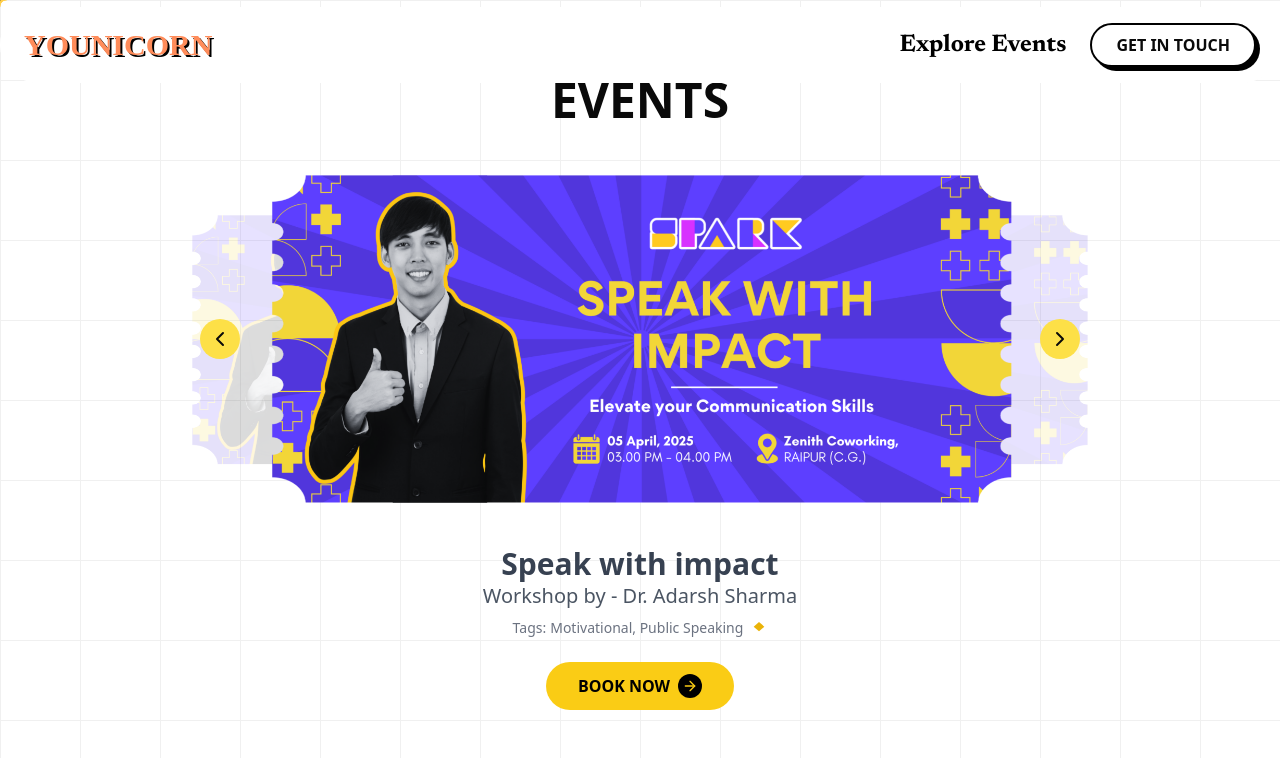
Repository: as-avni/dreamersite
Page: /events
The author's editor kept a copy of each file at every save. The page is drawn from the files as they stood at one save, then again after a run of saves.
The browser window is 1280 px wide. The pictures show the whole page.
Some web fonts or font styles are not loaded; a fallback is used. The project was rebuilt for these pictures with package versions that can differ from the ones it lists, and the page was loaded fresh each time. The framework's server and built-in components were replaced by stand-ins that run in the browser. Also part of the build but not shown: next.config.ts.

Above is the page before, as saved 2025-03-27 17:33:24.

### src/app/layout.tsx

import type { Metadata } from "next";
import { Geist, Geist_Mono } from "next/font/google";
import "./globals.css";
import Header from "@/components/navbar";

const geistSans = Geist({
  variable: "--font-geist-sans",
  subsets: ["latin"],
});

const geistMono = Geist_Mono({
  variable: "--font-geist-mono",
  subsets: ["latin"],
});

export const metadata: Metadata = {
  title: "Younicorn",
  description: "A community of entrepreneurs, aspiring entrepreneurs, leaders and professionals from any industry who come together to gain and give massive exposure to the leaders of tomorrow.",
};

export default function RootLayout({
  children,
}: Readonly<{
  children: React.ReactNode;
}>) {
  return (
    <html lang="en">
      <body className={`${geistSans.variable} ${geistMono.variable}`}>
        <Header />
        {children}
      </body>
    </html>
  );
}

### src/app/events/page.tsx
import CustomCursor from "@/hooks/CustomCursor"
import EventsPage from "./events-page"

export default function Home() {
    return (
        <main className="min-h-screen bg-white font-sans antialiased">
        <CustomCursor />
        <EventsPage />
        </main>
    )
}

### src/app/globals.css
@import url('https://fonts.googleapis.com/css2?family=Anek+Devanagari:wght@100..800&family=Khand:wght@300;400;500;600;700&family=Newsreader:ital,opsz,wght@0,6..72,200..800;1,6..72,200..800&family=Noto+Sans:ital,wght@0,100..900;1,100..900&family=Poppins:ital,wght@0,100;0,200;0,300;0,400;0,500;0,600;0,700;0,800;0,900;1,100;1,200;1,300;1,400;1,500;1,600;1,700;1,800;1,900&family=Rampart+One&display=swap');
@import url('https://fonts.googleapis.com/css2?family=Anek+Devanagari:wght@100..800&family=Archivo+Narrow:ital,wght@0,400..700;1,400..700&family=Khand:wght@300;400;500;600;700&family=Newsreader:ital,opsz,wght@0,6..72,200..800;1,6..72,200..800&family=Noto+Sans:ital,wght@0,100..900;1,100..900&family=Poppins:ital,wght@0,100;0,200;0,300;0,400;0,500;0,600;0,700;0,800;0,900;1,100;1,200;1,300;1,400;1,500;1,600;1,700;1,800;1,900&family=Rampart+One&display=swap');
@import url('https://fonts.googleapis.com/css2?family=Archivo+Narrow:ital,wght@0,400..700;1,400..700&display=swap');

@import url('https://fonts.googleapis.com/css2?family=DM+Serif+Display:ital@0;1&display=swap');


@tailwind base;
@tailwind components;
@tailwind utilities;

html,
body {
  max-width: 100vw;
  overflow-x: hidden;
}

* {
  cursor: none;
}
input, textarea, button, select, a {
  cursor: auto;
}

.blinking-cursor {
  display: inline-block;
  width: 10px;
  height: 5rem; /* Adjust height to match text size */
  vertical-align: middle; /* Align with text */
  animation: blink 0.8s steps(2, start) infinite;
  font-family: 'Courier New', monospace;
}

@keyframes blink {
  50% {
    opacity: 0;
  }
}

body {
  -webkit-font-smoothing: antialiased;
  -moz-osx-font-smoothing: grayscale;

}



* {
  box-sizing: border-box;
  padding: 0;
  margin: 0;
}

a {
  color: inherit;
  text-decoration: none;
}

@media (prefers-color-scheme: dark) {
  html {
    color-scheme: dark;
  }
}

@layer base {
  :root {
    --background: 0 0% 100%;
    --foreground: 0 0% 3.9%;
    --card: 0 0% 100%;
    --card-foreground: 0 0% 3.9%;
    --popover: 0 0% 100%;
    --popover-foreground: 0 0% 3.9%;
    --primary: 0 0% 9%;
    --primary-foreground: 0 0% 98%;
    --secondary: 0 0% 96.1%;
    --secondary-foreground: 0 0% 9%;
    --muted: 0 0% 96.1%;
    --muted-foreground: 0 0% 45.1%;
    --accent: 0 0% 96.1%;
    --accent-foreground: 0 0% 9%;
    --destructive: 0 84.2% 60.2%;
    --destructive-foreground: 0 0% 98%;
    --border: 0 0% 89.8%;
    --input: 0 0% 89.8%;
    --ring: 0 0% 3.9%;
    --chart-1: 12 76% 61%;
    --chart-2: 173 58% 39%;
    --chart-3: 197 37% 24%;
    --chart-4: 43 74% 66%;
    --chart-5: 27 87% 67%;
    --radius: 0.5rem;
  }
  .dark {
    --background: 0 0% 3.9%;
    --foreground: 0 0% 98%;
    --card: 0 0% 3.9%;
    --card-foreground: 0 0% 98%;
    --popover: 0 0% 3.9%;
    --popover-foreground: 0 0% 98%;
    --primary: 0 0% 98%;
    --primary-foreground: 0 0% 9%;
    --secondary: 0 0% 14.9%;
    --secondary-foreground: 0 0% 98%;
    --muted: 0 0% 14.9%;
    --muted-foreground: 0 0% 63.9%;
    --accent: 0 0% 14.9%;
    --accent-foreground: 0 0% 98%;
    --destructive: 0 62.8% 30.6%;
    --destructive-foreground: 0 0% 98%;
    --border: 0 0% 14.9%;
    --input: 0 0% 14.9%;
    --ring: 0 0% 83.1%;
    --chart-1: 220 70% 50%;
    --chart-2: 160 60% 45%;
    --chart-3: 30 80% 55%;
    --chart-4: 280 65% 60%;
    --chart-5: 340 75% 55%;
  }
}

@layer base {
  * {
    @apply border-border;
  }
  body {
    @apply bg-background text-foreground;
  }
}

### src/components/navbar.tsx
"use client";

import { useState } from "react";
import Link from "next/link";

export default function Header() {
  const [isOpen, setIsOpen] = useState(false);

  return (
    <header className="w-full py-4 px-6 flex items-center fixed justify-between top-[1%] z-50 bg-white bg-opacity-100 backdrop-blur-md rounded-full">
      {/* Logo */}
      <div className="flex-shrink-0">
        <Link href="/">
          <span
            className="text-3xl font-extrabold tracking-normal"
            style={{
              color: "#FF8C5A",
              textShadow: "2px 2px 0 #000",
              fontFamily: "Rampart One, cursive",
            }}
          >
            YOUNICORN
          </span>
        </Link>
      </div>

      {/* Mobile Menu Toggle */}
      <button
        className="md:hidden text-3xl"
        onClick={() => setIsOpen(!isOpen)}
      >
        ☰
      </button>

      {/* Navigation Links */}
      <div
        className={`flex flex-col md:flex-row items-center gap-6 ${
          isOpen ? "block" : "hidden md:flex"
        } absolute md:static top-16 left-0 w-full md:w-auto bg-white md:bg-transparent shadow-md md:shadow-none rounded-lg md:rounded-none p-4 md:p-0`}
      >
        <div className="flex flex-col md:flex-row items-center gap-4 md:gap-6 w-full md:w-auto space-y-4 md:space-y-0">
          <Link
            href="/events"
            className="font-bold text-2xl/7 text-black font-newsreader"
          >
            Explore Events
          </Link>

          <Link href="/contact">
            <div className="relative group">
              <div className="absolute inset-0 bg-black rounded-full translate-x-1 translate-y-1"></div>
              <button className="relative bg-white border-2 border-black rounded-full px-6 py-2 font-bold transition-transform group-hover:-translate-x-0.5 group-hover:-translate-y-0.5">
                GET IN TOUCH
              </button>
            </div>
          </Link>
        </div>
      </div>
    </header>
  );
}

### src/hooks/CustomCursor.tsx
"use client";

import { useEffect, useState } from "react";
import Image from "next/image";

export default function CustomCursor() {
  const [position, setPosition] = useState<{ x: number; y: number }>({ x: 0, y: 0 });

  useEffect(() => {
    const moveCursor = (e: MouseEvent) => {
      setPosition({ x: e.clientX, y: e.clientY });
    };

    window.addEventListener("mousemove", moveCursor);
    return () => window.removeEventListener("mousemove", moveCursor);
  }, []);

  return (
    <div
      style={{
        position: "fixed",  // Changed from "absolute" to "fixed"
        top: `${position.y}px`,
        left: `${position.x}px`,
        transform: "translate(-50%, -50%)",
        pointerEvents: "none",
        zIndex: 9999,  // Ensures it's above all elements
      }}
    >
      <Image src="/cursor.png" alt="Custom Cursor" width={40} height={40} />
    </div>
  );
}

### src/app/events/events-page.tsx
"use client"

import { useState } from "react"
import { ArrowRight, ChevronLeft, ChevronRight } from "lucide-react"
import Image from "next/image"
// import Link from "next/link"

// Event data
const events = [
{
    id: 1,
    image: "/images/event-ticket.png",
    title: "Speak with impact",
    presenter: "Dr. Adarsh Sharma",
    tags: ["Motivational", "Public Speaking"],
},
{
    id: 2,
    image: "/placeholder.svg?height=220&width=800",
    title: "Design Thinking Workshop",
    presenter: "Sarah Johnson",
    tags: ["Design", "Innovation"],
},
{
    id: 3,
    image: "/placeholder.svg?height=220&width=800",
    title: "Startup Funding Masterclass",
    presenter: "Michael Chen",
    tags: ["Business", "Finance"],
},
]

export default function EventsPage() {
const [currentIndex, setCurrentIndex] = useState(0)
const currentEvent = events[currentIndex]

const goToPrevious = () => {
    const isFirstSlide = currentIndex === 0
    const newIndex = isFirstSlide ? events.length - 1 : currentIndex - 1
    setCurrentIndex(newIndex)
}

const goToNext = () => {
    const isLastSlide = currentIndex === events.length - 1
    const newIndex = isLastSlide ? 0 : currentIndex + 1
    setCurrentIndex(newIndex)
}

return (
    <div className="min-h-screen bg-white bg-[linear-gradient(#f0f0f0_1px,transparent_1px),linear-gradient(90deg,#f0f0f0_1px,transparent_1px)] bg-[size:80px_80px] flex flex-col items-center px-4 py-8">


    {/* Events Heading */}8
    <h1 className="text-5xl font-bold mt-5">EVENTS</h1>

    {/* Event Carousel */}
    <div className="w-full max-w-4xl relative mb-8 my-10">
        {/* Navigation Arrows */}
        <button
        onClick={goToPrevious}
        className="absolute left-2 top-1/2 -translate-y-1/2 bg-yellow-300 rounded-full p-2 z-10 hover:bg-yellow-400 transition-colors"
        >
        <ChevronLeft className="h-6 w-6" />
        </button>
        <button
        onClick={goToNext}
        className="absolute right-2 top-1/2 -translate-y-1/2 bg-yellow-300 rounded-full p-2 z-10 hover:bg-yellow-400 transition-colors"
        >
        <ChevronRight className="h-6 w-6" />
        </button>

        {/* Event Ticket/Banner Image */}
        <div className="w-full h-[350px] rounded-2xl overflow-hidden">
            <Image
                src={currentEvent.image || "/placeholder.svg"}
                alt={currentEvent.title}
                width={800}
                height={220}
                className="w-full h-full object-contain"
            />
        </div>
    </div>

    {/* Event Details - Changes based on current carousel item */}
    <div className="text-center mb-4">
        <h2 className="text-3xl font-semibold text-gray-700 ">{currentEvent.title}</h2>
        <p className="text-xl text-gray-600 mb-2">Workshop by - {currentEvent.presenter}</p>

        <div className="flex justify-center items-center mb-6">
        <div className="inline-flex items-center">
            <span className="text-sm text-gray-500">Tags: </span>
            <span className="text-sm text-gray-500 ml-1">{currentEvent.tags.join(", ")}</span>
        </div>
        <div className="ml-2 text-yellow-500">
            <svg width="16" height="16" viewBox="0 0 24 24" fill="none" xmlns="http://www.w3.org/2000/svg">
            <path d="M12 3L20 10L12 17L4 10L12 3Z" fill="currentColor" />
            </svg>
        </div>
        </div>

        <button className="bg-yellow-400 text-black px-8 py-3 rounded-full font-bold flex items-center mx-auto hover:bg-yellow-500 transition-colors">
        <span>BOOK NOW</span>
        <div className="ml-2 bg-black rounded-full p-1">
            <ArrowRight className="h-4 w-4 text-yellow-400" />
        </div>
        </button>
    </div>
    </div>
)
}

### tailwind.config.js
/** @type {import('tailwindcss').Config} */
module.exports = {
    darkMode: ["class"],
    content: [
    "./app/**/*.{js,ts,jsx,tsx,mdx}",
    "./pages/**/*.{js,ts,jsx,tsx,mdx}",
    "./components/**/*.{js,ts,jsx,tsx,mdx}",
    "./src/**/*.{js,ts,jsx,tsx,mdx}",
],
	theme: {
		extend: {
			fontFamily: {
				poppins: [
					'Poppins',
					'sans-serif'
				],
				notosans: [
					'Noto Sans',
					'sans-serif'
				],
				rampartone: [
					'Rampart One',
					'cursive'
				],
				newsreader: [
					'Newsreader',
					'serif'
				],
				pacifico: [
					'Pacifico',
					'cursive'
				],
				dmSerif: [
					'DM Serif Display',
					"serif"
				],
				archivenarrow: [
					'Archivo Narrow',
					'sans-serif'
				]
			},
			borderRadius: {
				lg: 'var(--radius)',
				md: 'calc(var(--radius) - 2px)',
				sm: 'calc(var(--radius) - 4px)'
			},
			colors: {
				background: 'hsl(var(--background))',
				foreground: 'hsl(var(--foreground))',
				card: {
					DEFAULT: 'hsl(var(--card))',
					foreground: 'hsl(var(--card-foreground))'
				},
				popover: {
					DEFAULT: 'hsl(var(--popover))',
					foreground: 'hsl(var(--popover-foreground))'
				},
				primary: {
					DEFAULT: 'hsl(var(--primary))',
					foreground: 'hsl(var(--primary-foreground))'
				},
				secondary: {
					DEFAULT: 'hsl(var(--secondary))',
					foreground: 'hsl(var(--secondary-foreground))'
				},
				muted: {
					DEFAULT: 'hsl(var(--muted))',
					foreground: 'hsl(var(--muted-foreground))'
				},
				accent: {
					DEFAULT: 'hsl(var(--accent))',
					foreground: 'hsl(var(--accent-foreground))'
				},
				destructive: {
					DEFAULT: 'hsl(var(--destructive))',
					foreground: 'hsl(var(--destructive-foreground))'
				},
				border: 'hsl(var(--border))',
				input: 'hsl(var(--input))',
				ring: 'hsl(var(--ring))',
				chart: {
					'1': 'hsl(var(--chart-1))',
					'2': 'hsl(var(--chart-2))',
					'3': 'hsl(var(--chart-3))',
					'4': 'hsl(var(--chart-4))',
					'5': 'hsl(var(--chart-5))'
				}
			}
		}
	},
	plugins: [import("tailwindcss-animate")],
	}

After the next 2 saves:
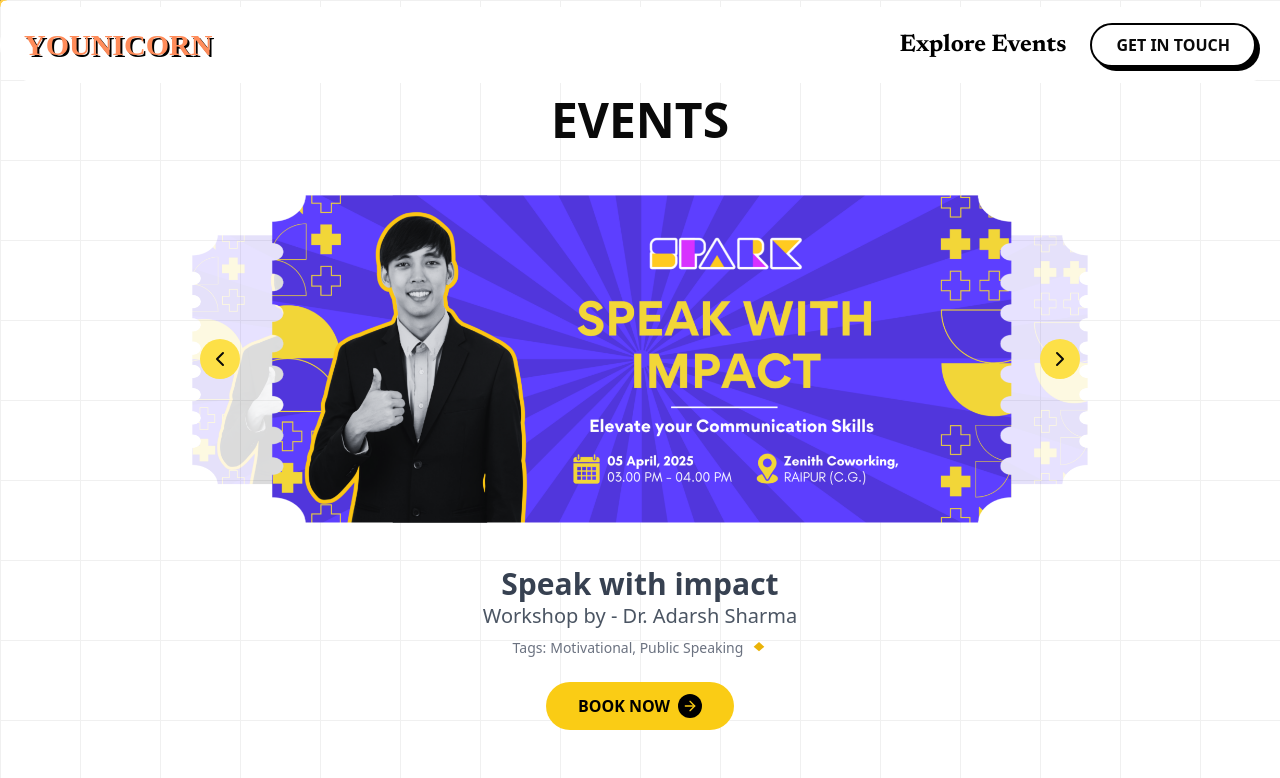
The 2 saves are shown as one change because they came seconds apart.
The last was saved 17 s later.
--- a/src/app/events/events-page.tsx
+++ b/src/app/events/events-page.tsx
@@ -51,7 +51,7 @@ return (
 
 
     {/* Events Heading */}8
-    <h1 className="text-5xl font-bold mt-5">EVENTS</h1>
+    <h1 className="text-5xl font-bold mt-10">EVENTS</h1>
 
     {/* Event Carousel */}
     <div className="w-full max-w-4xl relative mb-8 my-10">
